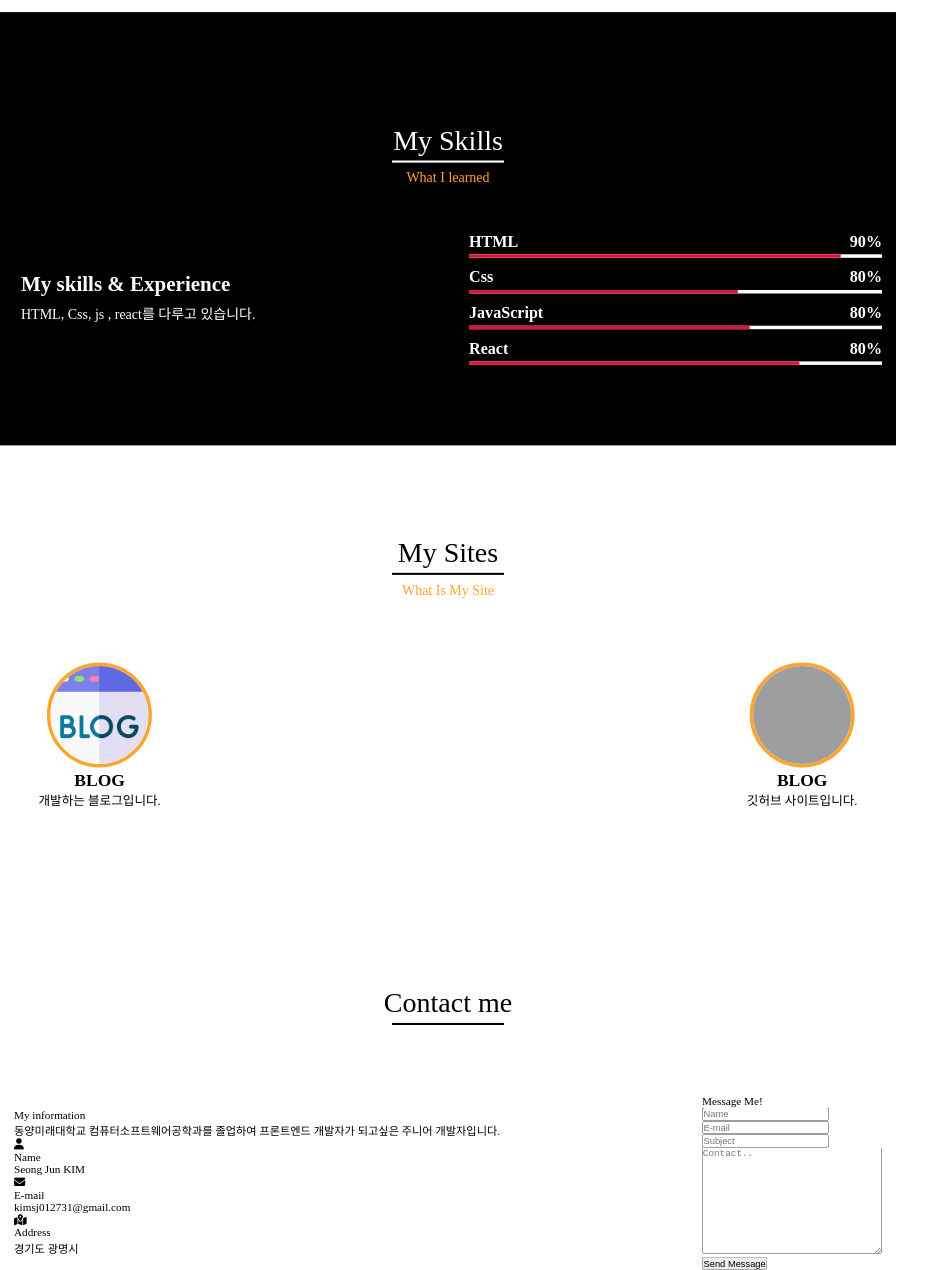
Repository: jun01270/jun
Page: index.html
The author's editor kept a copy of each file at every save. The page is drawn from the files as they stood at one save, then again after the next save.
The browser window is 1280 px wide. The page is 1280 px wide, then 1356 px, then 1280 px, so the pictures cover 1356 px, including what lies to the right of the window. The pictures show the part of the page from y = 1666 to 3506 px (the page is 3480 px tall before and 3506 px after), at 70% of full size.
Pictures or frames that could not be fetched are drawn as grey boxes. Some web libraries are served in a nearby version.

Above is the page before, as saved 2023-05-10 17:11:51.

### index.html
<!DOCTYPE html>
<html lang="en">
  <head>
    <meta charset="UTF-8" />
    <meta http-equiv="X-UA-Compatible" content="IE=edge" />
    <meta name="viewport" content="width=device-width, initial-scale=1.0" />
    <link rel="stylesheet" href="./css/style.css" />
    <link rel="stylesheet" href="./css/home.css" />
    <link rel="stylesheet" href="./css/about.css" />
    <link rel="stylesheet" href="./css/skills.css" />
    <link rel="stylesheet" href="./css/mysites.css" />
    <link rel="stylesheet" href="./css/contact.css" />

    <script
      src="https://kit.fontawesome.com/252eac6dbf.js"
      crossorigin="anonymous"
    ></script>
    <title>Jun's site</title>
  </head>
  <body>
    <nav class="navbar">
      <div class="max-width">
        <div class="logo">
          <a href="#home">Jun's <span>Site</span></a>
        </div>
        <ul class="menu-bar">
          <li><a href="#home" class="menu-btn" id="homeID">Home</a></li>
          <li><a href="#about" class="menu-btn" id="homeID">About</a></li>
          <li><a href="#skills" class="menu-btn">Skills</a></li>
          <li><a href="#my-sites" class="menu-btn">My Sties</a></li>
          <li><a href="#contact" class="menu-btn">Contact</a></li>
        </ul>
      </div>
    </nav>

    <!--home섹션-->
    <section class="home" id="home">
      <div class="max-width">
        <div class="home-section">
          <div class="text-1">Hello! My Name is</div>
          <div class="text-2">Seong Jun KIM</div>
          <div class="text-3">My skills <span class="typing1">HTML</span></div>
        </div>
      </div>
    </section>

    <!--about섹션-->
    <section class="about" id="about">
      <div class="max-width">
        <h2 class="title">About</h2>
        <div class="about-content">
          <div class="left-column"><img src="./img/profile.jpg" /></div>
          <div class="right-column">
            <div class="about-text">I'm Seong Jun KIM</div>
            <div class="about-skills">
              My skills <span class="typing2">HTML</span>
            </div>
            <p>
              안녕하세요 프론트엔드 개발자를 꿈꾸는 주니어 개발자 김성준입니다.
            </p>
          </div>
        </div>
      </div>
    </section>

    <!--skills섹션-->
    <section class="skills" id="skills">
      <div class="max-width">
        <h2 class="title">My Skills</h2>
        <div class="skills-content">
          <div class="left-column">
            <div class="skills-text">
              <div class="sub-title">My skills & Experience</div>
              <p>HTML, Css, js , react를 다루고 있습니다.</p>
            </div>
          </div>
          <div class="right-column">
            <div class="bars">
              <div class="bars-content">
                <span>HTML</span>
                <span>90%</span>
              </div>
              <div class="line html"></div>
            </div>
            <div class="bars">
              <div class="bars-content">
                <span>Css</span>
                <span>80%</span>
              </div>
              <div class="line css"></div>
            </div>
            <div class="bars">
              <div class="bars-content">
                <span>JavaScript</span>
                <span>80%</span>
              </div>
              <div class="line js"></div>
            </div>
            <div class="bars">
              <div class="bars-content">
                <span>React</span>
                <span>80%</span>
              </div>
              <div class="line react"></div>
            </div>
          </div>
        </div>
      </div>
    </section>

    <!--My sties섹션-->
    <section class="my-sites">
      <div class="max-width">
        <h2 class="title">My Sites</h2>
        <div class="my-sites-content">
          <div class="left-column">
            <a href="https://web-jun.tistory.com/" target="_blank">
              <div class="site">
                <div class="site-images">
                  <img src="/img/blog.jpg" alt="" />
                  <div class="site-text">BLOG</div>
                  <p>개발하는 블로그입니다.</p>
                </div>
              </div>
            </a>
          </div>
          <div class="right-column">
            <a href="https://github.com/jun01270" target="_blank">
              <div class="site">
                <div class="site-images">
                  <img src="/img/github.jpg" alt="" />
                  <div class="site-text">BLOG</div>
                  <p>깃허브 사이트입니다.</p>
                </div>
              </div>
            </a>
          </div>
        </div>
      </div>
    </section>

    <!--Contact 섹션-->
    <section class="contact">
      <div class="max-width">
        <h2 class="title">Contact me</h2>
        <div class="contact-content">
          <div class="left-column">
            <div class="contact-text">My information</div>
            <p>
              동양미래대학교 컴퓨터소프트웨어공학과를 졸업하여 프론트엔드
              개발자가 되고싶은 주니어 개발자입니다.
            </p>
            <div class="icons-content">
              <i class="fas fa-user"></i>
              <div class="info">
                <div class="head">Name</div>
                <div class="tail">Seong Jun KIM</div>
              </div>
            </div>
            <div class="icons-content">
              <i class="fas fa-envelope"></i>
              <div class="info">
                <div class="head">E-mail</div>
                <div class="tail">kimsj012731@gmail.com</div>
              </div>
            </div>
            <div class="icons-content">
              <i class="fas fa-map-marked-alt"></i>
              <div class="info">
                <div class="head">Address</div>
                <div class="tail">경기도 광명시</div>
              </div>
            </div>
          </div>
          <div class="right-column">
            <div class="contact-text">Message Me!</div>
            <form action="#">
              <div class="fields">
                <div class="fields name">
                  <input type="text" placeholder="Name" />
                </div>
                <div class="fields Email">
                  <input type="email" placeholder="E-mail" />
                </div>
              </div>
              <div class="fields subject">
                <input type="text" placeholder="Subject" />
              </div>
              <div class="fields contact-area">
                <textarea
                  cols="30"
                  rows="10"
                  placeholder="Contact.. "
                  required
                ></textarea>
              </div>
              <div class="button">
                <button type="submit">Send Message</button>
              </div>
            </form>
          </div>
        </div>
      </div>
    </section>

    <!--Footer섹션-->
    <footer></footer>

    <!--JS섹션-->
  </body>
</html>

### css/style.css
@import url("https://fonts.googleapis.com/css2?family=Lora&display=swap");

* {
  margin: 0;
  padding: 0;
  box-sizing: border-box;
  text-decoration: none;
}

.home .about .skills .my-sites .contact {
  padding-top: 86px;
}

html {
  scroll-behavior: smooth;
}

.max-width {
  max-width: 1300px;
  padding: 0 20px;
  margin: auto;
}

.section {
  padding: 100px 0;
}

/* .about, .skills, .my-sites, .contact, .footer{
    //폰트삽입
} */

.about .title,
.skills .title,
.my-sites .title,
.contact .title {
  position: relative;
  text-align: center;
  font-size: 40px;
  font-weight: 500;
  margin: 30px 0 100px 0;
  padding-bottom: 8px;
}

.about .title::before,
.skills .title::before,
.my-sites .title::before,
.contact .title::before {
  content: "";
  position: absolute;
  bottom: 0px;
  left: 50%;
  width: 160px;
  height: 3px;
  background-color: black;
  transform: translateX(-50%);
}

.title::after {
  content: "";
  position: absolute;
  bottom: -38px;
  left: 50%;
  font-size: 20px;
  color: rgb(255, 164, 45);
  padding: 5px;
  background-color: white;
  transform: translateX(-50%);
}

.about .about-content,
.skills .skills-content,
.my-sites .my-sites-content,
.contact .contact-content {
  display: flex;
  align-items: center;
  flex-wrap: wrap;
  justify-content: space-between;
}

.navbar {
  position: relative;
  width: 100%;
  padding: 20px 0;
  z-index: 999;
  transition: all 0.3s ease;
  background-color: burlywood;
}

.navbar .max-width {
  display: flex;
  align-items: center;
  justify-content: space-between;
}

.navbar .logo {
  font-size: 30px;
  font-weight: 600;
  margin-left: 20px;
  color: black;
}

.navbar .logo a {
  color: white;
  text-decoration: none;
}

.navbar .logo a span {
  color: orange;
  transition: all 0.3s ease;
}

.navbar .menu-bar li {
  list-style: none;
  margin: 5px 20px 0 0;
  display: inline-block;
}

.navbar .menu-bar li a {
  display: block;
  text-decoration: none;
  font-size: 20px;
  font-weight: 500;
  margin-left: 15px;
  transition: all 0.3s ease;
}

.menu-bar li:hover {
  background-color: orange;
  border-radius: 3px;
}

.navbar.sticky {
  padding: 20px 0;
  background-color: black;
}

.navbar.sticky .logo a span {
  color: white;
}

.navbar.sticky .menu-bar li a:hover {
  color: white;
}

.navbar .menu-btn {
  color: white;
  font-size: 25px;
  display: none;
  cursor: pointer;
}

@media screen and (max-width: 700px) {
  .navbar {
    flex-direction: column;
    align-items: flex-start;
    margin: 0;
  }

  .menu-bar {
    flex-direction: column;
    align-items: center;
    width: 100%;
  }

  .menu-bar li {
    width: 100%;
    text-align: center;
  }
}

### css/home.css
.home {
  display: flex;
  height: 100vh;
  min-height: 500px;
  color: white;
  background: url("../img/back.jpg") no-repeat center;
  background-size: cover;
}

.home .max-width {
  margin: auto 0 auto 40px;
}

.home .home-section .text1 {
  font-size: 30px;
}

.home .home-section .text2 {
  font-size: 75px;
  font-weight: 600;
}

.home .home-section .text-3 {
  font-size: 40px;
}

.home .home-section .text-3 span {
  color: orange;
  font-weight: 500;
}

### css/about.css
.about {
  padding: 100px 0;
  transition: all 0.3s ease;
}

.about .title::after {
  content: "Who I am";
  background-color: white;
}

.about .about-content {
  margin-bottom: 100px;
}

.about .about-content .left-column {
  width: 45%;
}

.about .about-content .left-column img {
  height: 400px;
  width: 400px;
  object-fit: cover;
  border-radius: 6px;
}

.about .about-content .right-column {
  width: 55%;
  margin-bottom: 50px;
}

.about .about-content .right-column .about-text,
.about .about-content .right-column .about-skills {
  font-size: 30px;
  font-weight: 600;
  margin-bottom: 10px;
}

.about .about-content .right-column .about-skills span {
  color: orange;
}

.about .about-content .right-column P {
  text-align: justify;
  font-size: 20px;
}

### css/skills.css
.skills {
  padding: 100px 0;
  transition: all 0.3s ease;
}

.skills .title {
  padding-top: 30px;
}

.skills .title::before {
  background-color: white;
}

.skills .title::after {
  content: "What I learned";
  background-color: black;
}

.skills {
  color: white;
  background-color: black;
  padding-bottom: 100px;
}

.skills .sub-title {
  font-size: 30px;
  font-weight: 600;
  padding-bottom: 10px;
}

.skills .skills-content .left-column,
.skills .skills-content .right-column {
  width: calc(50% - 30px);
}

.skills .skills-content .left-column .skills-text {
  font-size: 23px;
  font-weight: 300;
  margin: 0 0 20px 10px;
  text-align: justify;
}

.skills .skills-content .left-column p {
  font-size: 20px;
}

.skills .skills-content .right-column .bars {
  margin-bottom: 15px;
}

.skills .skills-content .right-column .bars-content {
  display: flex;
  margin-bottom: 5px;
  align-items: center;
  justify-content: space-between;
}

.skills .skills-content span {
  font-size: 23px;
  font-weight: 600;
}

.skills .skills-content .right-column .line {
  height: 5px;
  background-color: white;
  width: 100%;
  position: relative;
}

.skills .skills-content .right-column .line::before {
  content: "";
  position: absolute;
  height: 100%;
  left: 0;
  top: 0;
  background-color: crimson;
}

.skills .skills-content .right-column .html::before {
  width: 90%;
}

.skills .skills-content .right-column .css::before {
  width: 65%;
}

.skills .skills-content .right-column .js::before {
  width: 68%;
}

.skills .skills-content .right-column .react::before {
  width: 80%;
}

### css/mysites.css
.my-sites {
  padding: 100px 0;
  transition: all 0.3s ease;
}

.my-sites .title::after {
  content: "What Is My Site ";
}

.my-sites .my-sites-content {
  margin-bottom: 100px;
}

.my-sites .my-sites-content .left {
  width: 10%;
}

.my-sites .my-sites-content .right {
  width: 10%;
}

.my-sites .my-sites-content a {
  display: flex;
  text-align: center;
  color: black;
}

.my-sites .my-sites-content a,
.my-sites .my-sites-content a:visited,
.my-sites .my-sites-content a:active,
.my-sites .my-sites-content a:hover {
  text-decoration: none;
}

.my-sites .my-sites-content .site {
  background-color: white;
  border-radius: 6px;
  padding: 25px 35px;
  transition: all 0.3s ease;
}

.my-sites .my-sites-content .site img {
  height: 150px;
  width: 150px;
  object-fit: cover;
  border-radius: 50%;
  border: 5px solid rgb(255, 164, 45);
  transition: all 0.3 ease;
}

.my-sites .my-sites-content .site-text {
  font-size: 25px;
  font-weight: 600;
}

.my-sites .my-sites-content p {
  font-size: 18px;
  text-align: justify;
}

.my-sites .my-sites-content .site:hover {
  background-color: rgb(25, 8, 53);
  color: white;
  transform: scale(1.05);
}

.my-sites .my-sites-content .site:hover img {
  border-color: white;
}

Loaded but not shown: css/contact.css (no stored copy; drawn as an empty file)

After the next save:
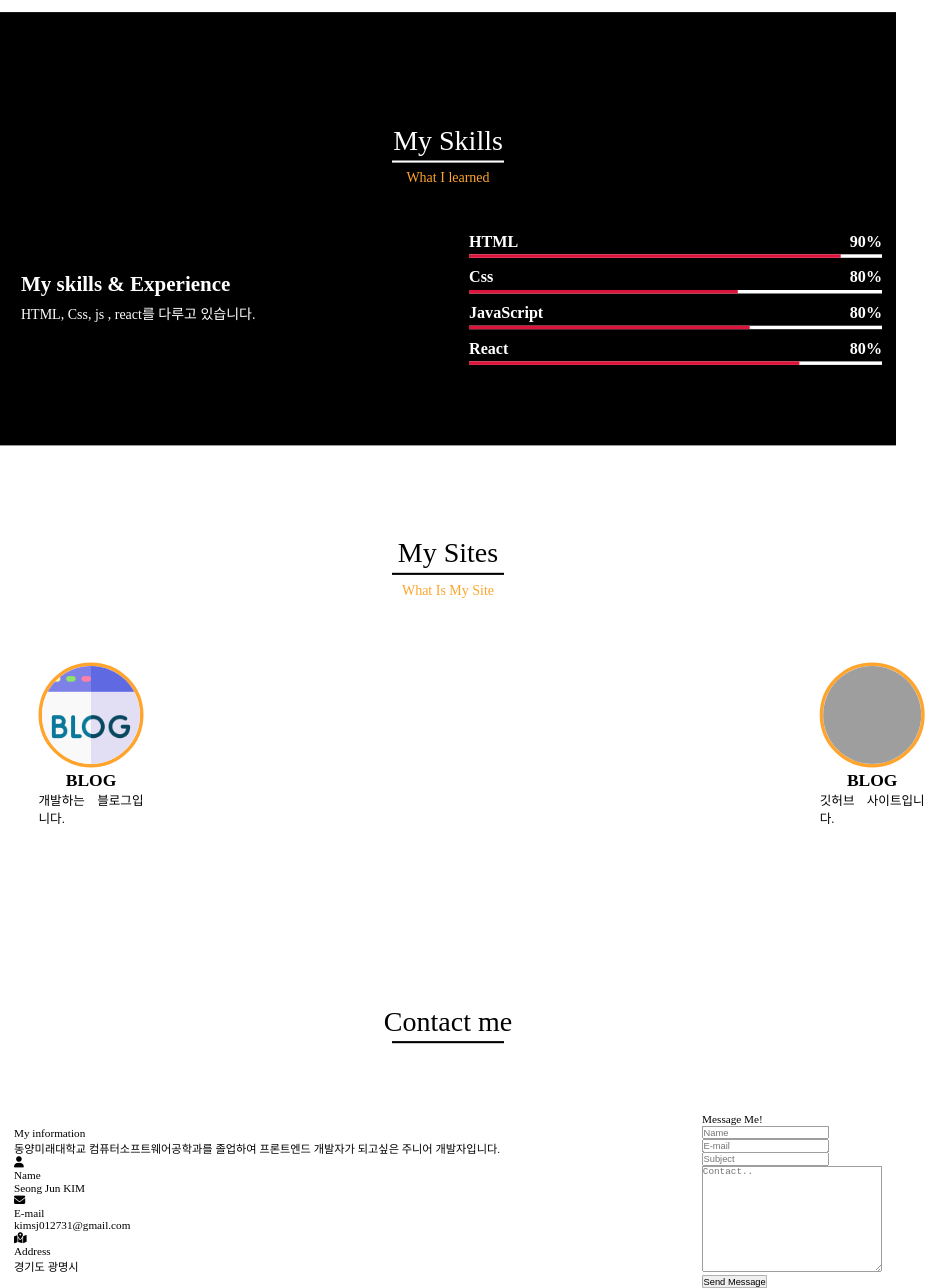
Saved 10 s later.
--- a/css/mysites.css
+++ b/css/mysites.css
@@ -11,11 +11,11 @@
   margin-bottom: 100px;
 }
 
-.my-sites .my-sites-content .left {
+.my-sites .my-sites-content .left-column {
   width: 10%;
 }
 
-.my-sites .my-sites-content .right {
+.my-sites .my-sites-content .right-column {
   width: 10%;
 }
 

After the save that followed:
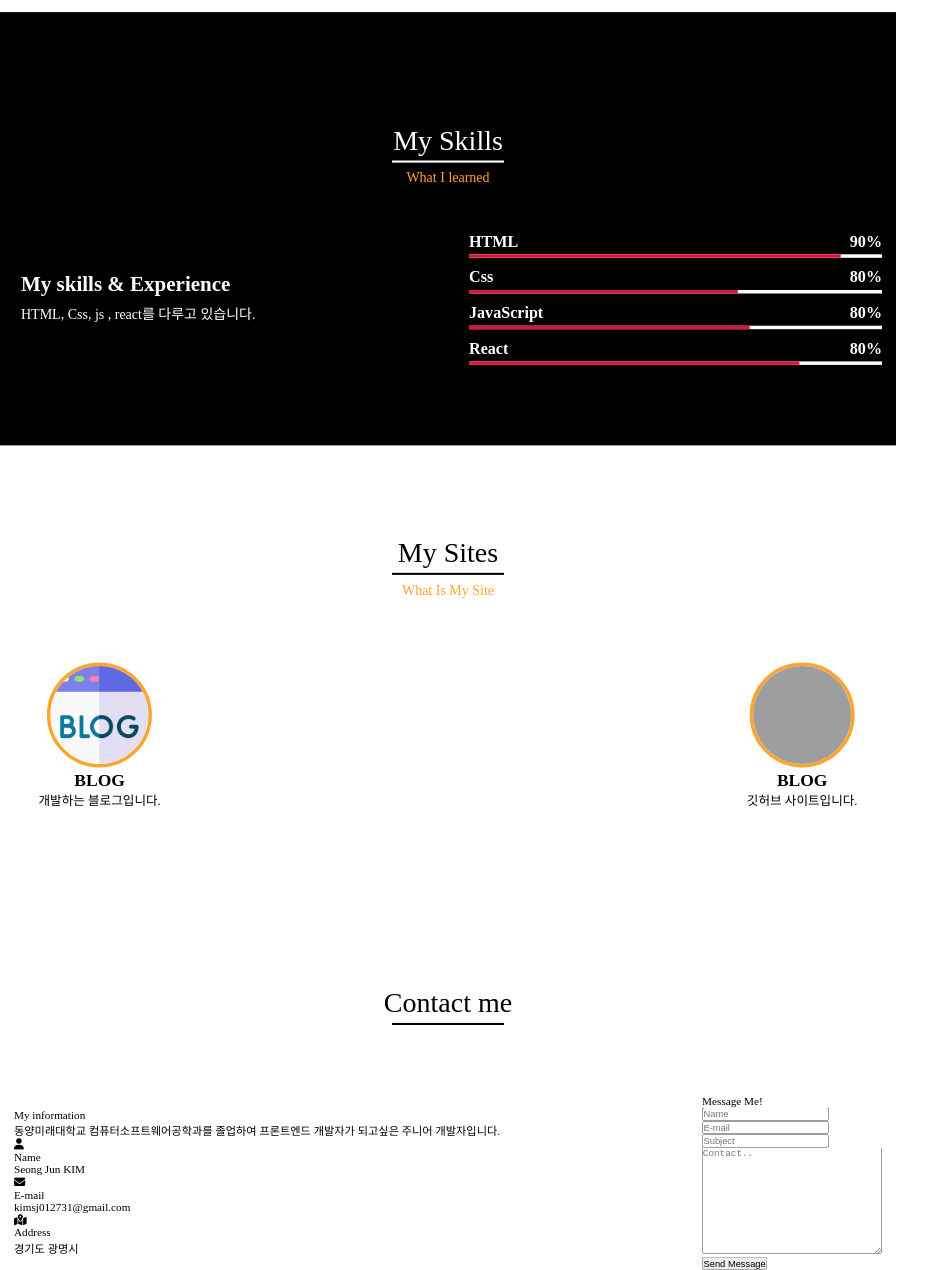
Saved 8 s later.
--- a/css/mysites.css
+++ b/css/mysites.css
@@ -11,11 +11,11 @@
   margin-bottom: 100px;
 }
 
-.my-sites .my-sites-content .left-column {
+.my-sites .my-sites-content .left {
   width: 10%;
 }
 
-.my-sites .my-sites-content .right-column {
+.my-sites .my-sites-content .right {
   width: 10%;
 }
 
